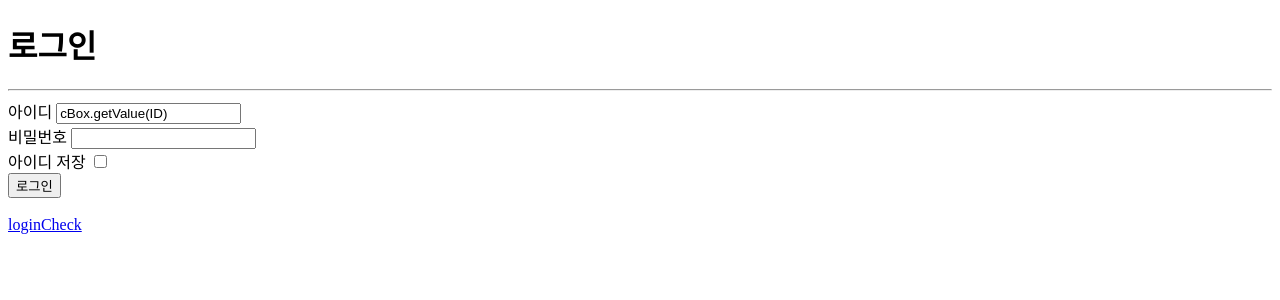
Repository: hhw9797/bitcampjn201904
Page: http://localhost/FirstWeb/cookie/member/loginForm.jsp
The author's editor kept a copy of each file at every save. The page is drawn from the files as they stood at one save, then again after the next save.
The browser window is 1280 px wide. The pictures show the whole page.
The page is served by Tomcat 9. Other server files are loaded and not shown.

Above is the page before, as saved 2019-06-26 03:18:35.

### html/html5/jsp/FirstWeb/WebContent/cookie/member/loginForm.jsp
<%@ page language="java" contentType="text/html; charset=UTF-8"
	pageEncoding="UTF-8"%>
<!DOCTYPE html>
<html>
<head>
<meta charset="UTF-8">
<title>Insert title here</title>
<script src="https://code.jquery.com/jquery-1.12.4.js"></script>
<style>
</style>
</head>
<body>

	<h1>로그인</h1>
	<hr>
	<form action="login.jsp" method="post">
		아이디 <input type="text" name="id" value="cBox.getValue(ID)"> <br>
		비밀번호 <input type="password" name="pw"> <br>
		아이디 저장 <input type="checkbox" name="idSave"> <br>
		<input type="submit" value="로그인"> <br>
	</form>

	<br>
	<a href="loginCheck.jsp">loginCheck</a>
</body>
</html>

After the next save:
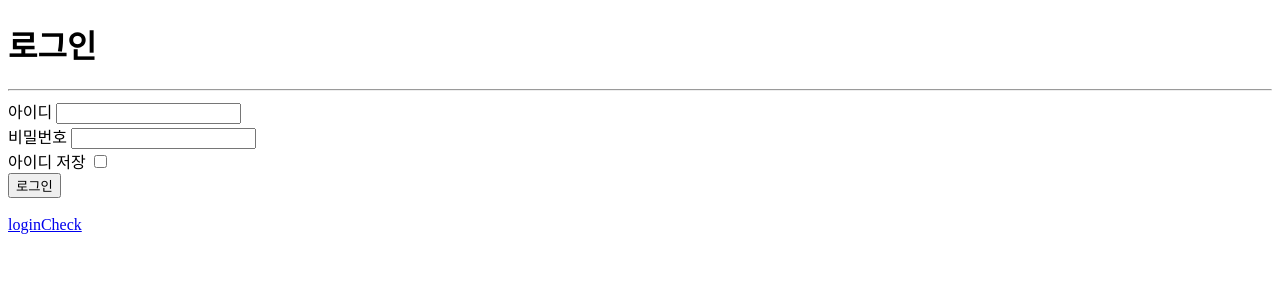
Saved 6 s later.
--- a/html/html5/jsp/FirstWeb/WebContent/cookie/member/loginForm.jsp
+++ b/html/html5/jsp/FirstWeb/WebContent/cookie/member/loginForm.jsp
@@ -14,7 +14,7 @@
 	<h1>로그인</h1>
 	<hr>
 	<form action="login.jsp" method="post">
-		아이디 <input type="text" name="id" value="cBox.getValue(ID)"> <br>
+		아이디 <input type="text" name="id" value=> <br>
 		비밀번호 <input type="password" name="pw"> <br>
 		아이디 저장 <input type="checkbox" name="idSave"> <br>
 		<input type="submit" value="로그인"> <br>
